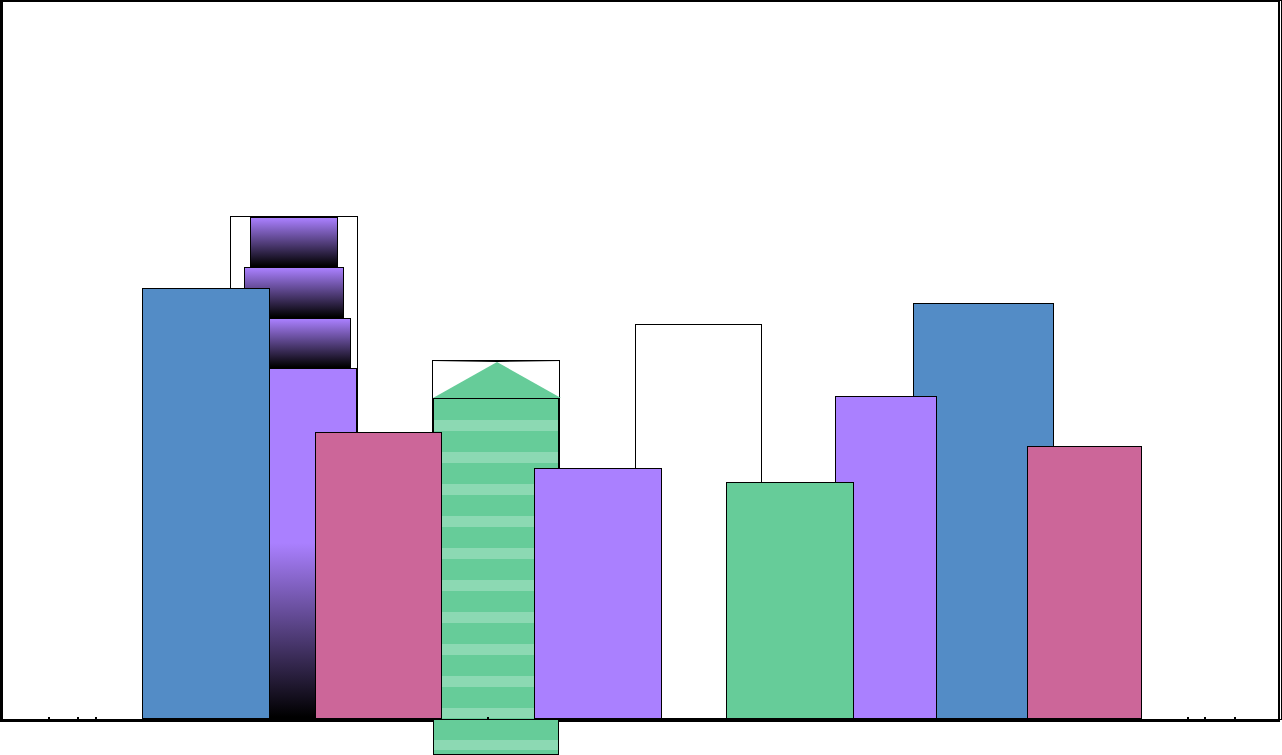
Repository: Lungdjos/city_skyline
Page: index.html
These files come from the project's save history. The page is drawn as it stood at one moment and after the next save; the edit follows.
The browser window is 1280 px wide. The page is 1282 px wide, so the pictures cover 1282 px, including what lies to the right of the window. The pictures show the whole page.

Above is the page before, as saved 2023-12-12 11:08:24.

After the next save:
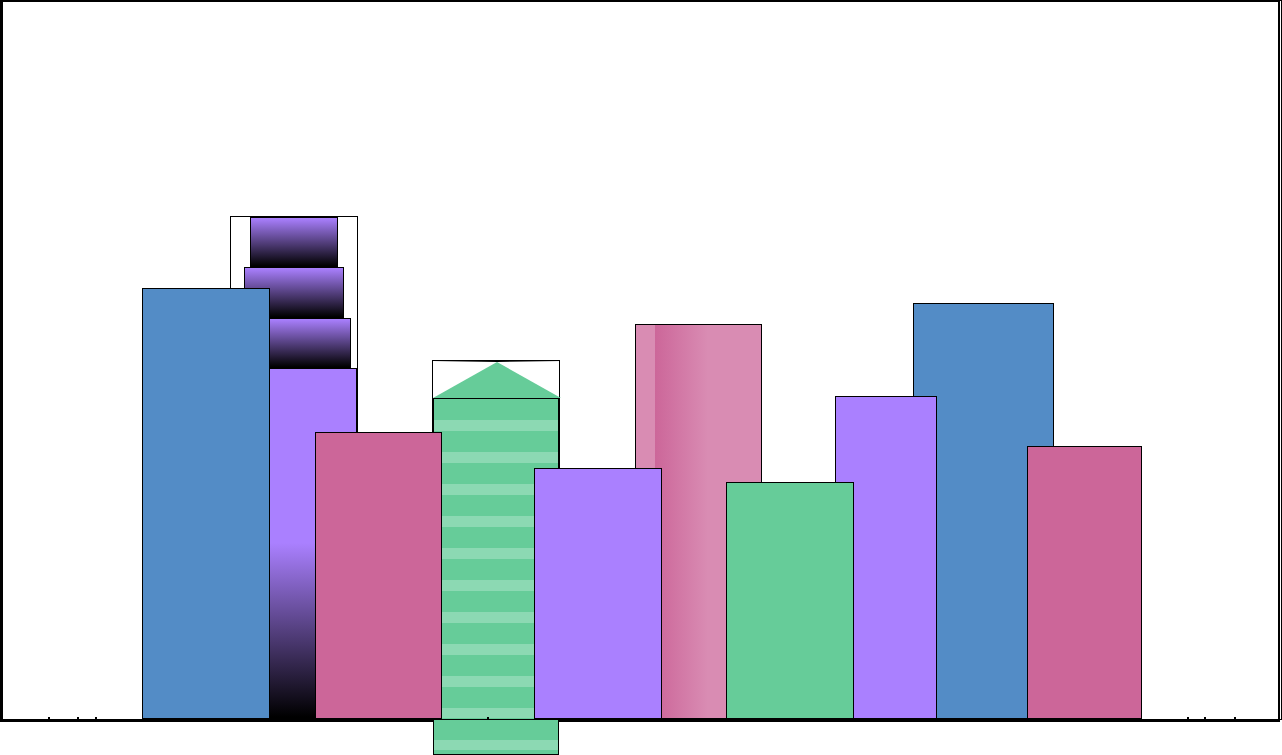
Saved 4 s later.
--- a/styles.css
+++ b/styles.css
@@ -90,7 +90,7 @@ body {
     width: 10%;
     height: 55%;
     background-color: var(--building-color3);
-    background: repeating-linear-gradient(90deg, var(--building-color3) 15%, var(--building-color3) 15%, var(--window-color3) var(--window-color3));
+    background: repeating-linear-gradient(90deg, var(--building-color3) 15%, var(--building-color3) 15%, var(--window-color3), var(--window-color3));
 }
 
 .bb4 {
